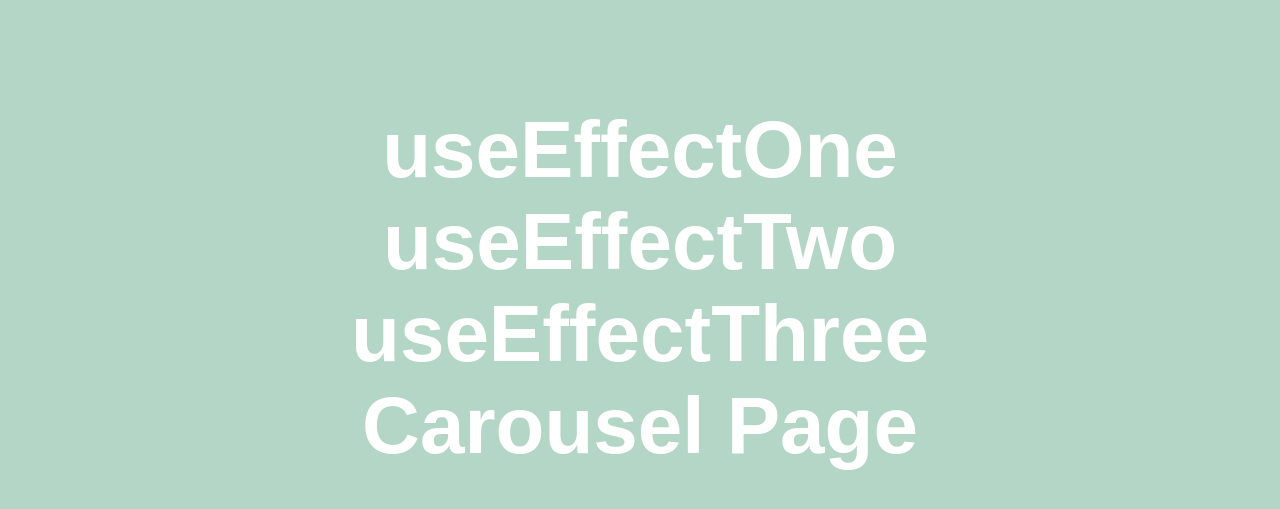
Repository: jennydmcm/useeffect-carousel
Page: /
These files come from the project's save history. The page is drawn as it stood at one moment and after the next save; the edit follows.
The browser window is 1280 px wide. The pictures show the whole page.
The project was rebuilt for these pictures with package versions that can differ from the ones it lists, and the page was loaded fresh each time. The framework's server and built-in components were replaced by stand-ins that run in the browser. Also part of the build but not shown: next.config.js.

Above is the page before, as saved 2023-02-23 18:40:25.

### pages/index.js
import Head from 'next/head'
import styles from '@/styles/Home.module.css'
import Link from 'next/link'

export default function Home() {
  return (
    <>
      <Head>
        <title>Create Next App</title>
        <meta name="description" content="Generated by create next app" />
        <meta name="viewport" content="width=device-width, initial-scale=1" />
        <link rel="icon" href="/favicon.ico" />
      </Head>
      <main className={styles.main}>
        <Link className={styles.link} href="/useEffectOne">useEffectOne</Link>
        <Link className={styles.link} href="/useEffectTwo">useEffectTwo</Link>
        <Link className={styles.link} href="/useEffectThree">useEffectThree</Link>
        <Link className={styles.link} href="/carouselPage">Carousel Page</Link>
      </main>
    </>
  )
}

### styles/globals.css
:root {
    --background-color: #B4D6C7;
}

body {
    background-color: var(--background-color);
}

### styles/Home.module.css
.main {
  display: flex;
  flex-direction: column;
  justify-content: space-between;
  align-items: center;
  padding: 6rem;
  min-height: 50vh;
}

.link {
  font-family: Arial, Helvetica, sans-serif;
  font-size: 5rem;
  font-weight: bolder;
  color: white;
  text-decoration: none;

}

Loaded but not shown: pages/_app.js (common file); pages/_document.js (common file)

After the next save:
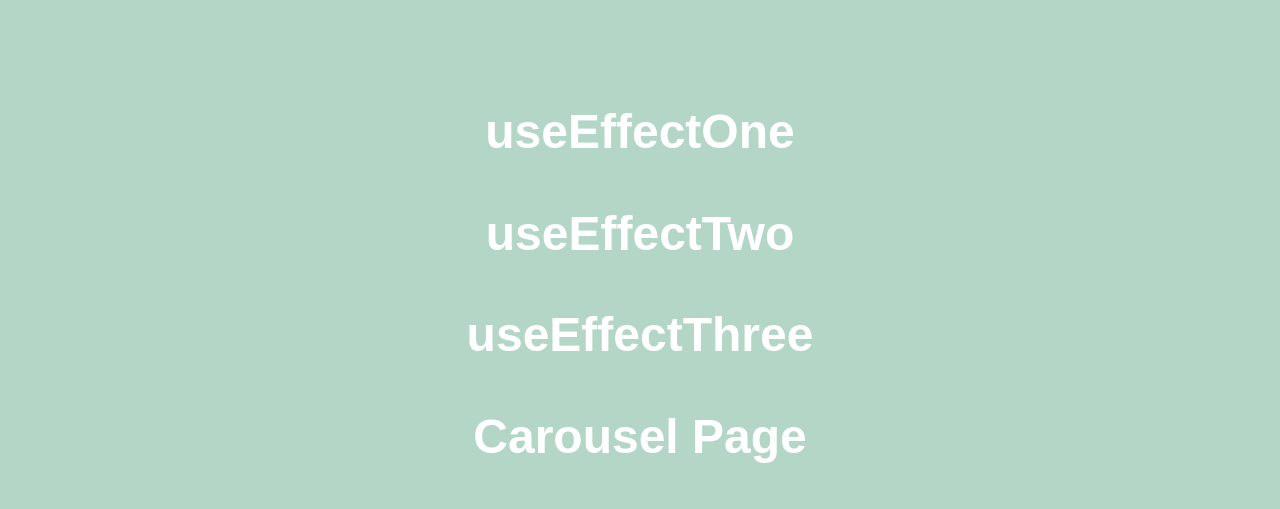
Saved 4 s later.
--- a/styles/Home.module.css
+++ b/styles/Home.module.css
@@ -9,7 +9,7 @@
 
 .link {
   font-family: Arial, Helvetica, sans-serif;
-  font-size: 5rem;
+  font-size: 3rem;
   font-weight: bolder;
   color: white;
   text-decoration: none;
